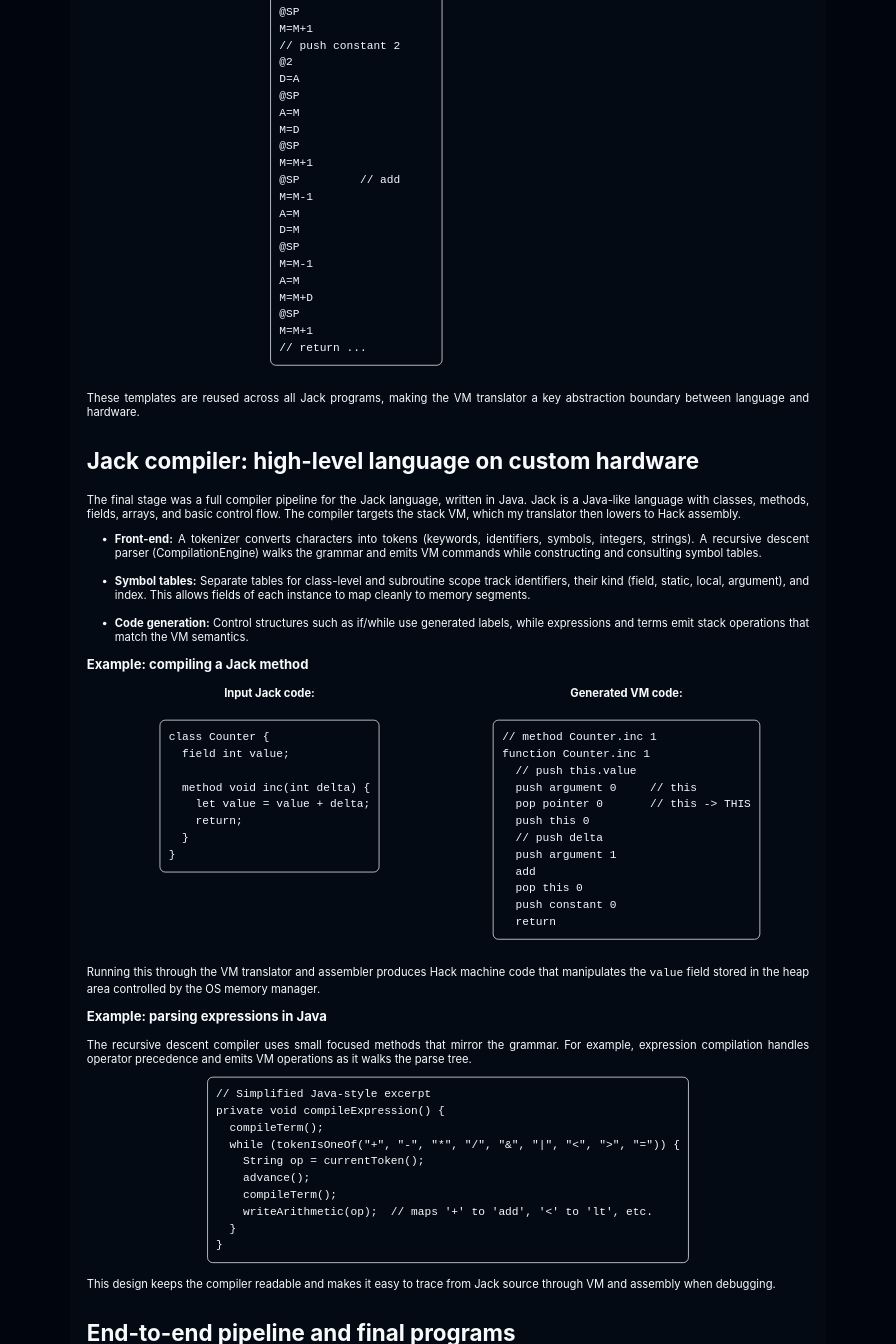
Repository: Abdulaziz-04/Abdulaziz-04.github.io
Page: deepdives/backend_systems/nand2tetris/nand2tetris.html
An editor plug-in stored every save of this project. The page is shown before and after the next save, followed by the edit.
The browser window is 1280 px wide. The pictures show the part of the page from y = 3945 to 5865 px (the page is 6493 px tall before and 6517 px after), at 70% of full size.

Above is the page before, as saved 2025-11-20 19:04:09.

### deepdives/backend_systems/nand2tetris/nand2tetris.html
<!DOCTYPE html>
<html lang="en">
  <head>
    <meta charset="UTF-8" />
    <meta name="viewport" content="width=device-width, initial-scale=1" />
    <title>
      From Nand to Tetris: Building a Computer and Compiler from Scratch
    </title>
    <link rel="stylesheet" href="../../../assets/css/styles.css" />
    <style>
      .project-detail-page pre,
      .project-detail-page code {
        font-size: 1rem;
        line-height: 1.5;
      }

      .project-detail-page pre {
        display: flex;
        justify-content: center;
        margin: 1.25rem auto;
      }

      .project-detail-page pre code {
        display: inline-block;
        text-align: left;
      }

      .code-pair {
        display: grid;
        grid-template-columns: repeat(2, minmax(0, 1fr));
        gap: 1.25rem;
        align-items: start;
        justify-items: center;
        max-width: 1000px;
        margin: 0 auto;
      }

      .code-pair > div {
        display: flex;
        flex-direction: column;
        gap: 0.5rem;
        align-items: center;
      }

      .code-pair p {
        margin: 0;
        text-align: center;
        width: 100%;
      }

      .code-bordered {
        border: 1px solid #ffffff;
        border-radius: 8px;
        padding: 0.75rem;
        display: block;
        width: fit-content;
        max-width: 100%;
        margin: 0.75rem auto;
      }

      .project-detail-page pre.code-bordered {
        margin: 0 auto 1.25rem;
        justify-content: flex-start;
      }

      .code-card {
        color: #f6f8ff;
        border: 1px solid #ffffff;
        border-radius: 8px;
        padding: 0.75rem;
        background: transparent;
        box-shadow: none;
        display: block;
        width: 100%;
      }

      .code-card code {
        display: block;
        white-space: pre;
        width: 100%;
      }

      .code-card.vm-block,
      .code-card.asm-block {
        border-color: #ffffff;
      }

      .code-grid {
        display: grid;
        grid-template-columns: repeat(auto-fit, minmax(220px, 1fr));
        gap: 1rem;
        align-items: start;
        max-width: 1200px;
        margin: 0 auto;
      }

      .code-grid__header {
        font-weight: 700;
        margin: 0;
      }

      .code-grid__header--asm {
        grid-column: span 3;
        text-align: center;
      }

      @media (max-width: 900px) {
        .code-grid__header--asm {
          grid-column: 1 / -1;
          text-align: left;
        }
      }

      .asm-stack {
        display: flex;
        flex-wrap: nowrap;
        gap: 0.9rem;
        align-items: flex-start;
        justify-content: space-between;
        margin: 1.25rem 0;
        padding: 0;
        border: none;
        box-shadow: none;
        grid-column: span 3;
      }

      .asm-card {
        display: block;
        background: transparent;
        color: #f6f8ff;
        border-radius: 0;
        padding: 0;
        border: none;
        box-shadow: none;
        flex: 1 1 0;
        min-width: 180px;
        max-width: 320px;
      }

      .asm-card code {
        display: block;
        white-space: pre;
      }

      .asm-card.push-arg,
      .asm-card.push-const,
      .asm-card.add-op {
        border: none;
      }
    </style>
  </head>

  <body class="project-detail-page">
    <header class="detail-hero">
      <a
        class="category-back"
        href="../../../projects/compiler-blockchain.html"
      >
        &larr; Back to Projects
      </a>

      <a class="category-pill" href="../../../projects/compiler-blockchain.html"
        >Backend &amp; Distributed Logic</a
      >
      <br />
      <h1>
        From Nand to Tetris: Building a Computer and Compiler from Scratch
      </h1>

      <p class="detail-summary">
        <b>
          Two–part systems project where I built a full 16-bit computer,
          assembler, virtual machine, and compiler from primitive NAND gates.
          The stack ends in a high-level programming language called Jack that
          runs on the hardware I designed using an emulator.
        </b>
      </p>

      <p class="detail-summary">
        I completed all projects for both Coursera courses
        <i>“Build a Modern Computer from First Principles: Part 1 and Part 2”</i
        >, submitted every assignment, scored <b>98%</b> overall, and earned
        both certifications.
      </p>

      <ul class="detail-meta">
        <li>
          <strong>Tech Stack:</strong>
          Hardware Description Language (HDL), Hack assembly, Jack language,
          Java (assembler, VM translator, compiler), shell tooling, hardware and
          VM emulators
        </li>
      </ul>
    </header>

    <main class="section detail-content">
      <!-- HERO IMAGE -->
      <section class="detail-section detail-hero-gif">
        <figure class="gallery-item gallery-item--wide">
          <img
            src="./images/nand2tetris_intro.png"
            alt="Hardware and software hierarchy from NAND gate up to high level language"
            style="display: block; margin: 0 auto; max-width: 90%; height: auto"
          />
          <figcaption style="text-align: center">
            The full stack I implemented: from a single NAND gate to logic
            chips, CPU, assembler, VM, and Jack compiler running user programs.
          </figcaption>
        </figure>
      </section>

      <!-- QUICK INSIGHTS -->
      <section class="detail-section">
        <h2>Quick insights</h2>
        <ul class="psr-list">
          <li>
            <strong>Goal:</strong>
            Design a full computer system from the logic-gate level and build a
            usable high-level programming language called Jack with it's own
            compiler and toolchain that runs games and apps on that hardware.
          </li>
          <br />
          <li>
            <strong>Scope:</strong>
            Implemented over <b>30+</b> hardware chips in HDL, a
            <b>16-bit Hack CPU and memory system</b>, a two-stage software stack
            (assembler and VM translator), and a multi-pass Jack compiler.
          </li>
          <br />
          <li>
            <strong>Outcome:</strong>
            The final system runs full Jack programs such as Tetris and a simple
            operating system (arrays, math library, memory manager), compiled by
            my Java tools from Jack to machine language that executes on the
            hardware I built (via emulation).
          </li>
        </ul>
      </section>

      <!-- HARDWARE PLATFORM -->
      <section class="detail-section">
        <h2>Hardware platform: from NAND to a 16-bit computer</h2>
        <p>
          Part 1 focused on creating the hardware stack using the course HDL.
          Starting from a single NAND primitive, I implemented combinational and
          sequential chips and composed them into a usable computer.
        </p>

        <ul>
          <li>
            <b>Core logic:</b> Built gates such as NOT, AND, OR, MUX, and
            adders, then composed them into an <b>ALU</b> (Arithmetic Logic
            Unit) supporting arithmetic, bitwise operations, and zero/negative
            flags.
          </li>
          <br />
          <li>
            <b>Stateful components:</b> Implemented Register, RAM8/64/4K/16K,
            counters, and a screen-mapped memory unit using flip-flops and
            clocked logic.
          </li>
          <br />
          <li>
            <b>CPU and computer:</b> Wired the ALU (Arithmetic Logic Unit),
            registers, and instruction decoder into a Hack CPU supporting
            A-instruction and C-instruction i.e. Address and Compute
            instructions plus conditional jumps, then added ROM and memory to
            form the complete computer chip.
          </li>
        </ul>

        <h3>Example: ALU snippet and behavior</h3>
        <p>
          The ALU combines configurable input negation, zeroing, and function
          selection. Here is a simplified HDL excerpt (names adjusted for
          brevity):
        </p>

        <pre class="code-bordered"><code>// Simplified ALU style HDL
CHIP ALU {
  IN  x[16], y[16],
      zx, nx, zy, ny, f, no;
  OUT out[16], zr, ng;

  PARTS:
  Mux16(a=x, b=false, sel=zx, out=xz);
  Not16(in=xz, out=xn);
  Mux16(a=xz, b=xn, sel=nx, out=x1);

  Mux16(a=y, b=false, sel=zy, out=yz);
  Not16(in=yz, out=yn);
  Mux16(a=yz, b=yn, sel=ny, out=y1);

  Add16(a=x1, b=y1, out=sum);
  And16(a=x1, b=y1, out=andv);
  Mux16(a=andv, b=sum, sel=f, out=out0);

  Not16(in=out0, out=out1);
  Mux16(a=out0, b=out1, sel=no, out=out);

  Or16Way(in=out, out=any);
  Not(in=any, out=zr);
  And(in=out[15], in2=true, out=ng);
}</code></pre>

        <p>
          With these control bits, higher-level instructions like D=D+M or M=!M
          are implemented simply by choosing the correct input parameter
          combination.
        </p>
      </section>

      <!-- ASSEMBLER -->
      <section class="detail-section">
        <h2>Assembler: Hack assembly to machine code</h2>
        <p>
          Once the computer chip worked in simulation, I wrote a two-pass
          assembler in Java for the Hack assembly language. It resolves labels
          and variables, then emits 16-bit binary instructions.
        </p>

        <ul>
          <li>
            <b>Two-pass design:</b> First pass scans labels (for example,
            <code>(LOOP)</code>) and records their ROM addresses. Second pass
            encodes A and C instructions into their binary form.
          </li>
          <br />
          <li>
            <b>Symbol table:</b> Pre-populated with predefined registers
            (R0–R15), pointers (SP, LCL, ARG), screen and keyboard addresses,
            then extended with user variables starting at address 16.
          </li>
        </ul>

        <h3>Assembler encoding example</h3>

        <div class="code-pair">
          <div>
            <p><b>Input assembly:</b></p>
            <pre class="code-card vm-block"><code>// Simple loop
@i
M=1
(LOOP)
  @i
  M=M+1
  @10
  D;JLT
  @LOOP
  0;JMP</code></pre>
          </div>

          <div>
            <p><b>Generated machine code:</b></p>
            <pre
              class="code-card asm-block"
            ><code>0000000000010000   // @i (allocated at 16)
1110111111001000   // M=1
0000000000010000   // @i
1111110111011000   // M=M+1
0000000000001010   // @10
1110001100000100   // D;JLT
0000000000000010   // @LOOP (ROM address 2)
1110101010000111   // 0;JMP</code></pre>
          </div>
        </div>

        <p>
          Running this binary on the hardware simulator shows the register and
          RAM state changing as expected, proving the assembler and CPU agree on
          the instruction set.
        </p>
      </section>

      <!-- VM TRANSLATOR -->
      <section class="detail-section">
        <h2>VM translator: stack machine to Hack assembly</h2>
        <p>
          Part 2 starts the software hierarchy. I implemented a VM translator in
          Java that converts a high-level stack-based VM language into Hack
          assembly. This layer decouples Jack from the hardware and introduces
          function calls and static segments.
        </p>

        <ul>
          <li>
            <b>Arithmetic and logic:</b> Commands such as <code>add</code>,
            <code>sub</code>, <code>eq</code>, <code>lt</code>, and
            <code>gt</code> pop values from the stack, compute, and push results
            using small assembly templates.
          </li>
          <br />
          <li>
            <b>Memory segments:</b> Implemented pointer logic for
            <code>local</code>, <code>argument</code>, <code>this</code>,
            <code>that</code>, <code>temp</code>, <code>pointer</code>, and
            <code>static</code> segments.
          </li>
          <br />
          <li>
            <b>Functions and calls:</b> Implemented call frames following the
            Hack VM spec: save caller state, set ARG and LCL, jump to callee,
            and restore on return.
          </li>
        </ul>

        <h3>VM to assembly example</h3>

        <div class="code-grid">
          <p class="code-grid__header">Input VM snippet:</p>
          <p class="code-grid__header code-grid__header--asm">
            Generated Hack assembly (excerpt):
          </p>

          <pre class="code-card vm-block"><code>function Simple.addTwo 0
push argument 0
push constant 2
add
return</code></pre>

          <pre class="code-card asm-block"><code>// function Simple.addTwo 0
(Simple.addTwo)
// push argument 0
@ARG
D=M
@0
A=D+A
D=M
@SP
A=M
M=D
@SP
M=M+1
// push constant 2
@2
D=A
@SP
A=M
M=D
@SP
M=M+1
@SP         // add
M=M-1
A=M
D=M
@SP
M=M-1
A=M
M=M+D
@SP
M=M+1
// return ...
</code></pre>
        </div>

        <p>
          These templates are reused across all Jack programs, making the VM
          translator a key abstraction boundary between language and hardware.
        </p>
      </section>

      <!-- JACK COMPILER -->
      <section class="detail-section">
        <h2>Jack compiler: high-level language on custom hardware</h2>
        <p>
          The final stage was a full compiler pipeline for the Jack language,
          written in Java. Jack is a Java-like language with classes, methods,
          fields, arrays, and basic control flow. The compiler targets the stack
          VM, which my translator then lowers to Hack assembly.
        </p>

        <ul>
          <li>
            <b>Front-end:</b> A tokenizer converts characters into tokens
            (keywords, identifiers, symbols, integers, strings). A recursive
            descent parser (CompilationEngine) walks the grammar and emits VM
            commands while constructing and consulting symbol tables.
          </li>
          <br />
          <li>
            <b>Symbol tables:</b> Separate tables for class-level and subroutine
            scope track identifiers, their kind (field, static, local,
            argument), and index. This allows fields of each instance to map
            cleanly to memory segments.
          </li>
          <br />
          <li>
            <b>Code generation:</b> Control structures such as if/while use
            generated labels, while expressions and terms emit stack operations
            that match the VM semantics.
          </li>
        </ul>

        <h3>Example: compiling a Jack method</h3>

        <div class="code-pair">
          <div>
            <p><b>Input Jack code:</b></p>
            <pre class="code-card vm-block"><code>class Counter {
  field int value;

  method void inc(int delta) {
    let value = value + delta;
    return;
  }
}</code></pre>
          </div>
          <div>
            <p><b>Generated VM code:</b></p>
            <pre class="code-card asm-block"><code>// method Counter.inc 1
function Counter.inc 1
  // push this.value
  push argument 0     // this
  pop pointer 0       // this -> THIS
  push this 0
  // push delta
  push argument 1
  add
  pop this 0
  push constant 0
  return</code></pre>
          </div>
        </div>

        <p>
          Running this through the VM translator and assembler produces Hack
          machine code that manipulates the <code>value</code> field stored in
          the heap area controlled by the OS memory manager.
        </p>

        <h3>Example: parsing expressions in Java</h3>
        <p>
          The recursive descent compiler uses small focused methods that mirror
          the grammar. For example, expression compilation handles operator
          precedence and emits VM operations as it walks the parse tree.
        </p>

        <pre class="code-bordered"><code>// Simplified Java-style excerpt
private void compileExpression() {
  compileTerm();
  while (tokenIsOneOf("+", "-", "*", "/", "&amp;", "|", "&lt;", "&gt;", "=")) {
    String op = currentToken();
    advance();
    compileTerm();
    writeArithmetic(op);  // maps '+' to 'add', '&lt;' to 'lt', etc.
  }
}</code></pre>

        <p>
          This design keeps the compiler readable and makes it easy to trace
          from Jack source through VM and assembly when debugging.
        </p>
      </section>

      <!-- END-TO-END PIPELINE -->
      <section class="detail-section">
        <h2>End-to-end pipeline and final programs</h2>
        <p>
          With the full pipeline in place, I compiled and ran several Jack
          applications, including the supplied Tetris, a simple OS API, and my
          own small programs that manipulate memory, draw graphics, and handle
          keyboard input.
        </p>

        <ul>
          <li>
            <b>End-to-end flow:</b> Jack source (User Input Programming
            Language) → Java Compiler → VM code → Java VM translator → Hack
            assembly → Java assembler → 16-bit machine code → executed on the
            computer emulated from NAND gates. The Compiler, VM translator and
            assembler were built from scratch in Java.
          </li>
          <br />
          <li>
            <b>Debugging:</b> Used the hardware and VM simulators to step
            through instructions, inspect RAM and stack, and validate that
            higher-level bugs were not caused by lower-level hardware mistakes.
          </li>
        </ul>
      </section>

      <!-- IMPACT & LEARNINGS -->
      <section class="detail-section detail-impact">
        <h2>Impact and learnings</h2>
        <ul>
          <li>
            <b>Systems thinking:</b> Gained a concrete understanding of how
            compilers, virtual machines, and hardware interact, instead of
            treating them as black boxes.
          </li>
          <br />
          <li>
            <b>Compiler and language design:</b> Implemented a real compiler
            front-end and back-end, including lexical analysis, parsing, symbol
            tables, and code generation for a custom language.
          </li>
          <br />
          <li>
            <b>Hardware intuition:</b> Designing the ALU, CPU, and memory from
            primitive gates sharpened my intuition for performance, instruction
            set design, and the cost of different operations.
          </li>
          <br />
          <li>
            <b>Reliability through abstraction:</b> Each layer (HDL chips,
            assembler, VM, compiler) had a clear contract and test suite, which
            made debugging manageable despite how much was built from scratch.
          </li>
        </ul>
      </section>
    </main>
  </body>
</html>

Loaded but not shown: assets/css/styles.css (941 lines, source omitted)

After the next save:
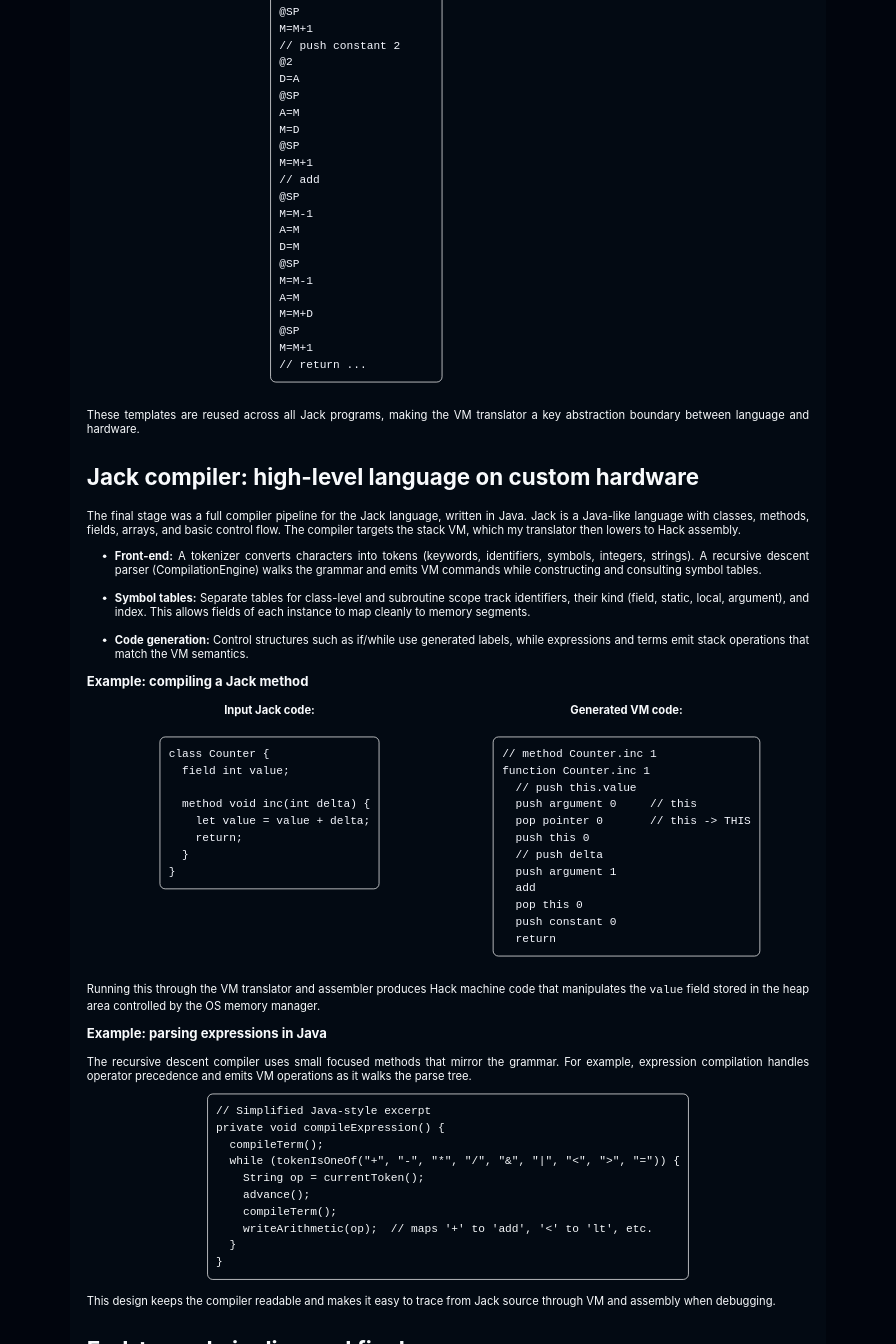
Saved 8 s later.
--- a/deepdives/backend_systems/nand2tetris/nand2tetris.html
+++ b/deepdives/backend_systems/nand2tetris/nand2tetris.html
@@ -439,7 +439,8 @@ A=M
 M=D
 @SP
 M=M+1
-@SP         // add
+// add
+@SP
 M=M-1
 A=M
 D=M
